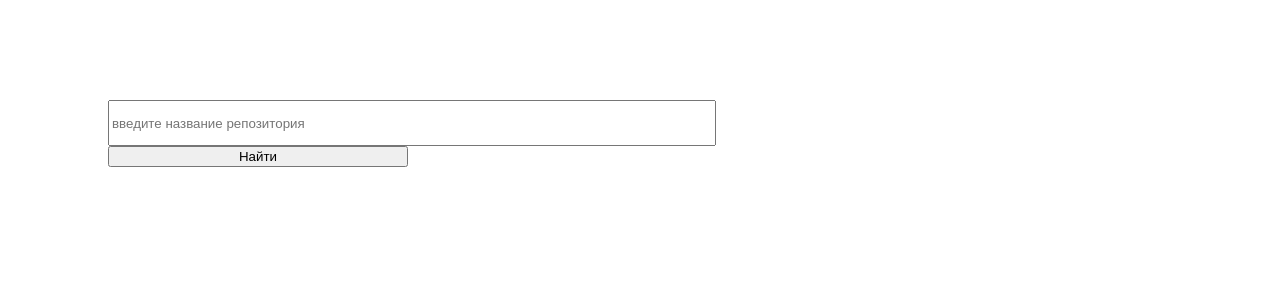
Repository: Grid-Master/repositoriesSearch
Page: index.html
An editor plug-in stored every save of this project. The page is shown before and after the next save, followed by the edit.
The browser window is 1280 px wide. The pictures show the whole page.
The page's requests for data from a server got no answer.

Above is the page before, as saved 2023-03-05 19:47:27.

### index.html
<!DOCTYPE html>
<html lang="en">
  <head>
    <meta charset="UTF-8" />
    <meta http-equiv="X-UA-Compatible" content="IE=edge" />
    <meta name="viewport" content="width=device-width, initial-scale=1.0" />
    <title>git</title>
    <style>
      form {
        display: flex;
        flex-direction: column;
        margin: 100px;
      }
      button {
        width: 300px;
      }
      input {
        width: 600px;
        height: 40px;
      }
    </style>
  </head>
  <body>
    <form>
      <input type="text" placeholder="введите название репозитория" />
      <button type="submit">Найти</button>
    </form>
    <script src="./script.js"></script>
  </body>
</html>

### script.js
let repositories = [];
const token = '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';

async function getRepositories() {
  let response = await fetch(`https://api.github.com/repositories`, {
    headers: {
      Authorization: `Bearer ${token}`,
    },
  });

  repositories = await response.json();
}

async function func1() {
  await getRepositories();
  console.log(repositories);
  console.log(repositories.length);
}

func1();

After the next save:
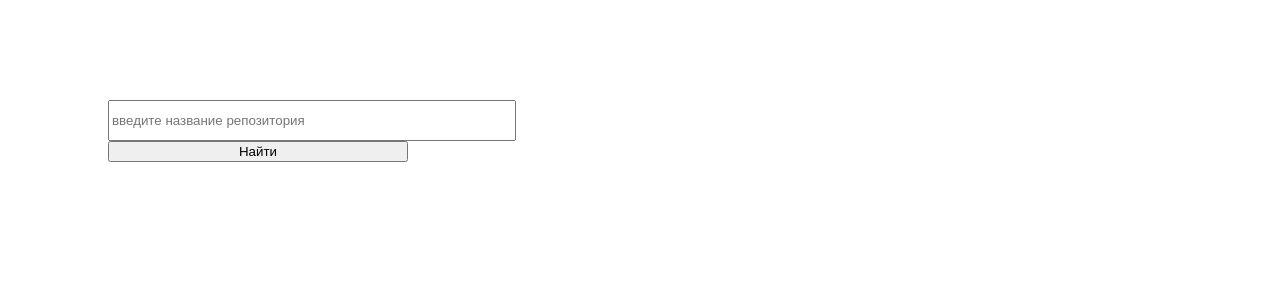
Saved 11 s later.
--- a/index.html
+++ b/index.html
@@ -15,8 +15,8 @@
         width: 300px;
       }
       input {
-        width: 600px;
-        height: 40px;
+        width: 400px;
+        height: 35px;
       }
     </style>
   </head>
